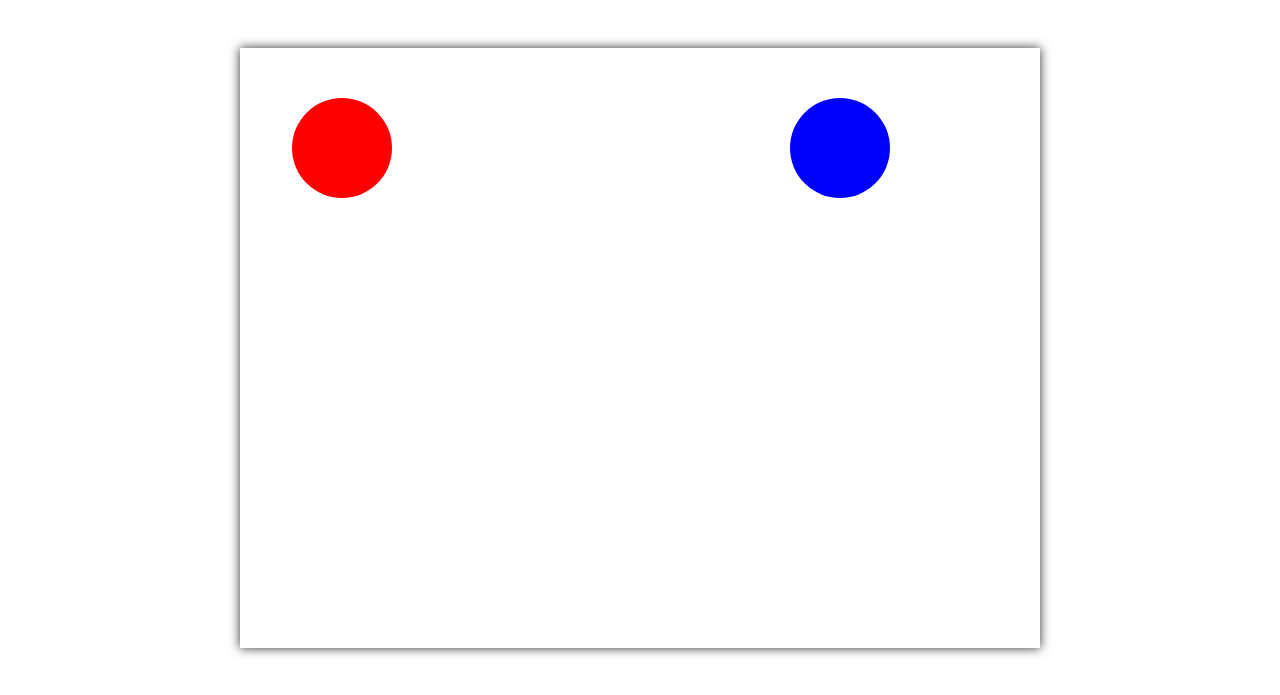
Repository: fangYiYuan/javascript-
Page: canvas/10.圆形碰撞.html
These files come from the project's save history. The page is drawn as it stood at one moment and after the next save; the edit follows.
The browser window is 1280 px wide. The pictures show the whole page.

Above is the page before, as saved 2020-04-15 10:49:14.

After the next save:
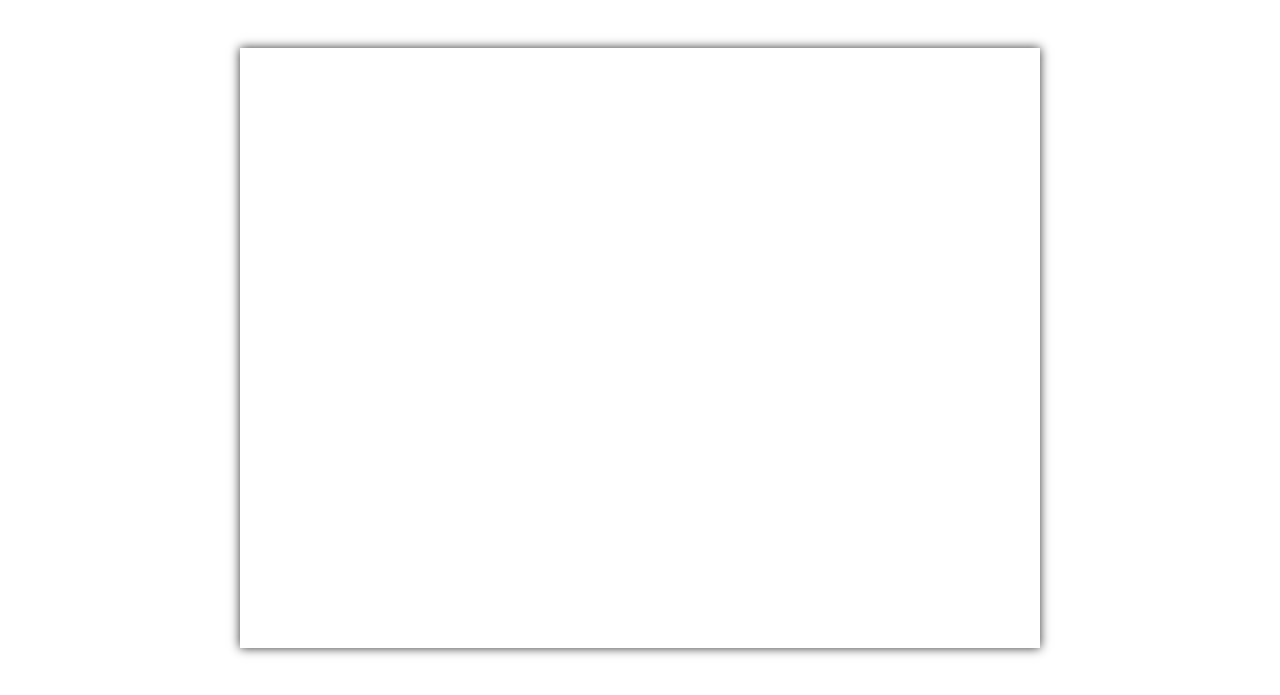
Saved 8 s later.
--- a/canvas/10.圆形碰撞.html
+++ b/canvas/10.圆形碰撞.html
@@ -65,7 +65,7 @@
       return false
     }
   }
-  moveTo ()
+  // moveTo ()
 
 </script>
 </html>
